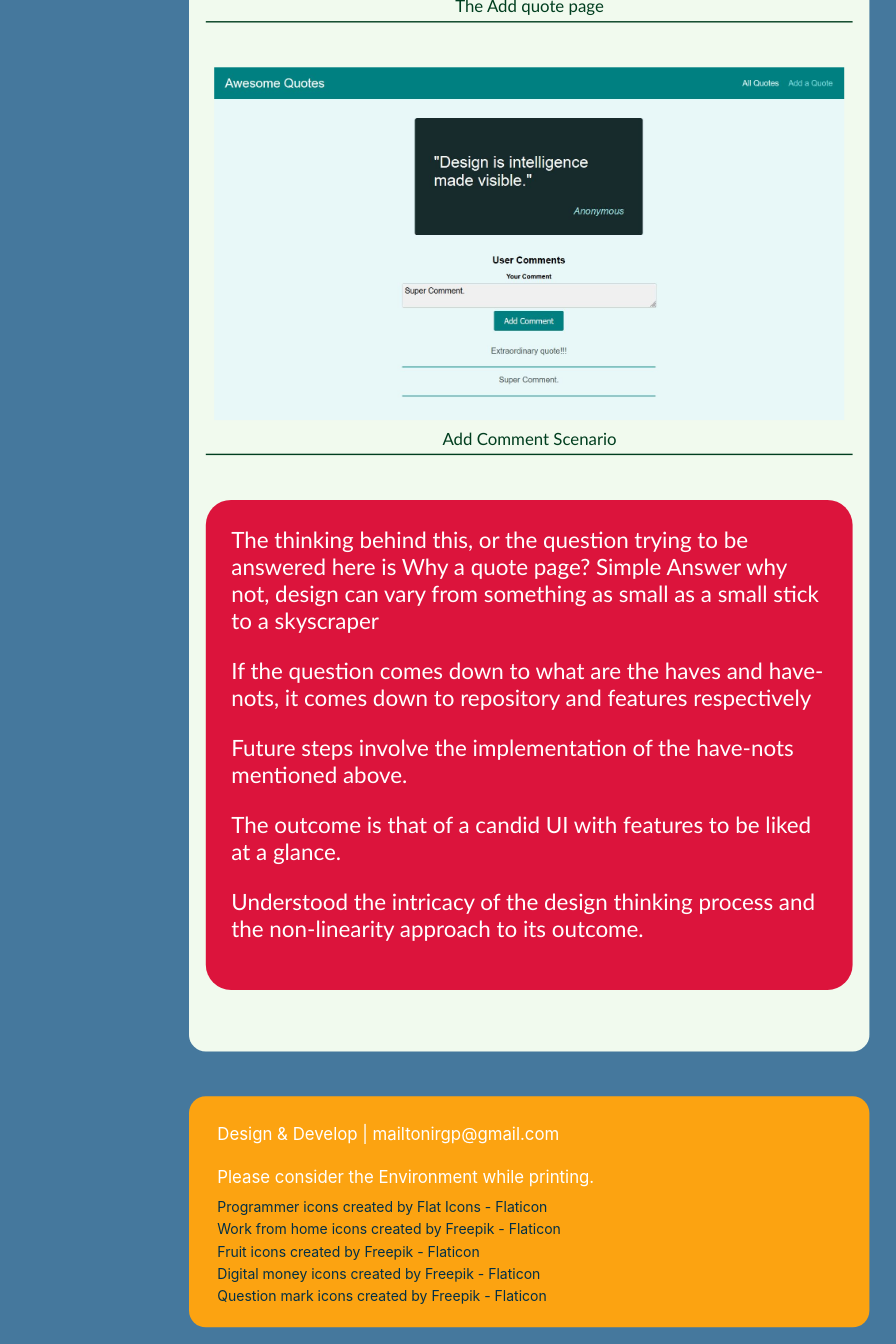
Repository: niranjangp/portfolioReact
Page: /cs-four
These files come from the project's save history. The page is drawn as it stood at one moment and after the next save; the edit follows.
The browser window is 1280 px wide. The pictures show the part of the page from y = 1423 to 3343 px (the page is 3343 px tall), at 70% of full size.
The project was rebuilt for these pictures with package versions that can differ from the ones it lists, and the page was loaded fresh each time. Also part of the build but not shown: src/pages/enterDesign.jsx, src/pages/csOne.jsx, src/pages/csTwo.jsx, src/pages/csThree.jsx, src/pages/notFound.jsx.

Above is the page before, as saved 2022-02-02 01:58:27.

After the next save:
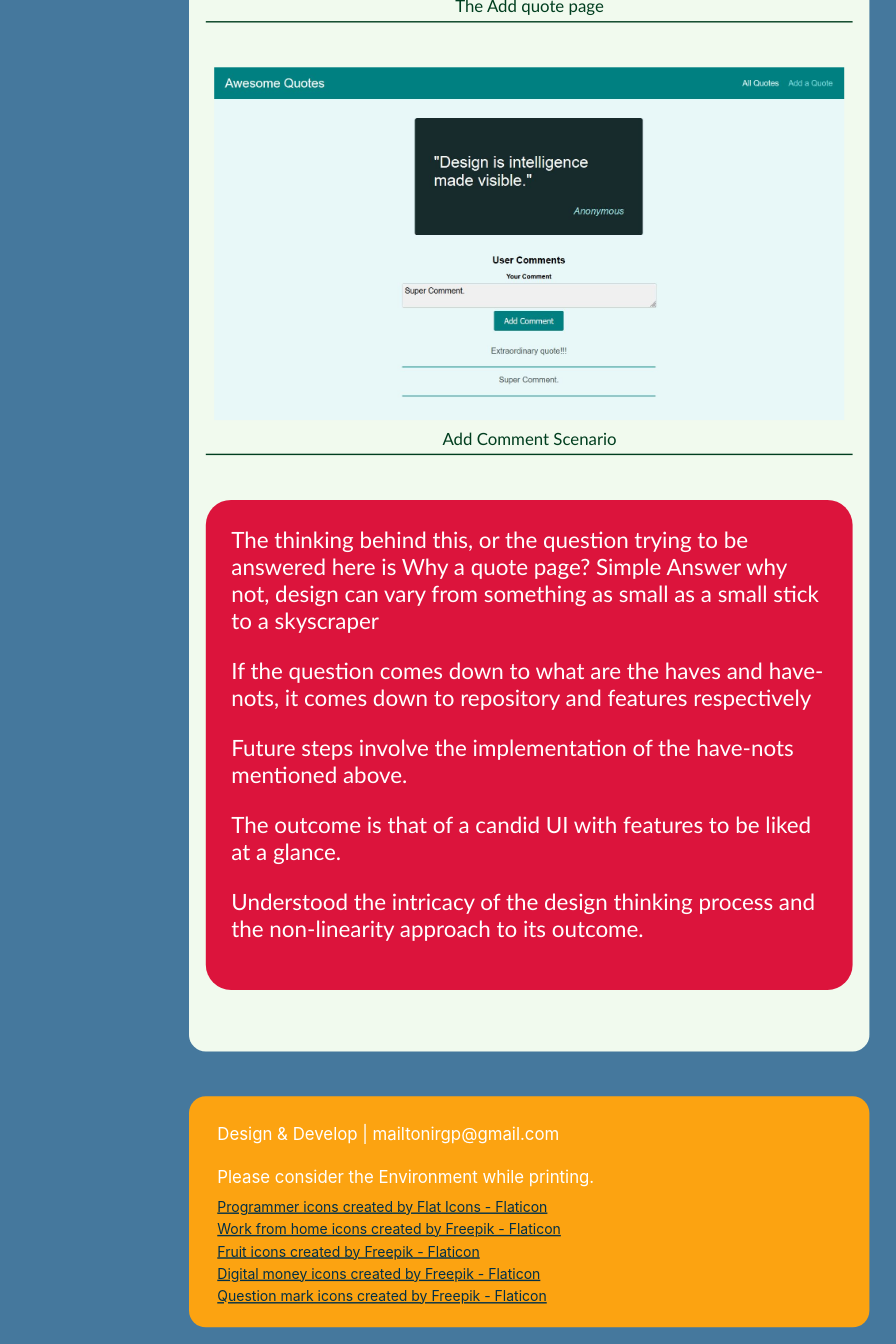
Saved 11 s later.
--- a/src/App.css
+++ b/src/App.css
@@ -175,7 +175,7 @@ footer {
 }
 
 .credits a {
-  text-decoration: none;
+  /*text-decoration: none;*/
   display: block;
   padding-bottom: 8px;
   font-size: 20px;
